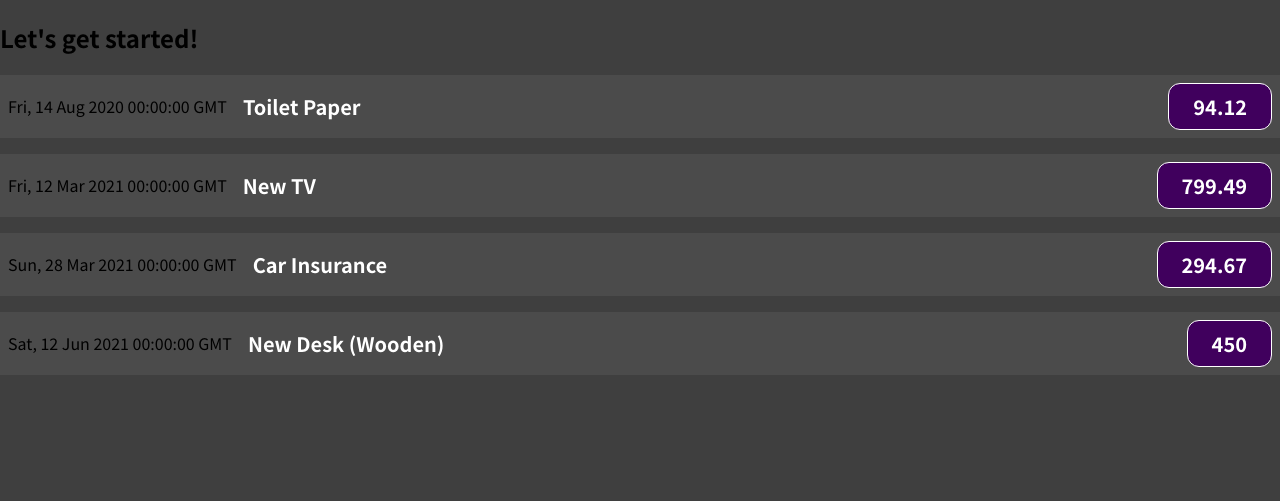
Repository: kowalkos/react-course-first
Page: /
An editor plug-in stored every save of this project. The page is shown before and after the next save, followed by the edit.
The browser window is 1280 px wide. The pictures show the whole page.
The project was rebuilt for these pictures with package versions that can differ from the ones it lists, and the page was loaded fresh each time.

Above is the page before, as saved 2021-11-27 17:10:50.

After the next save:
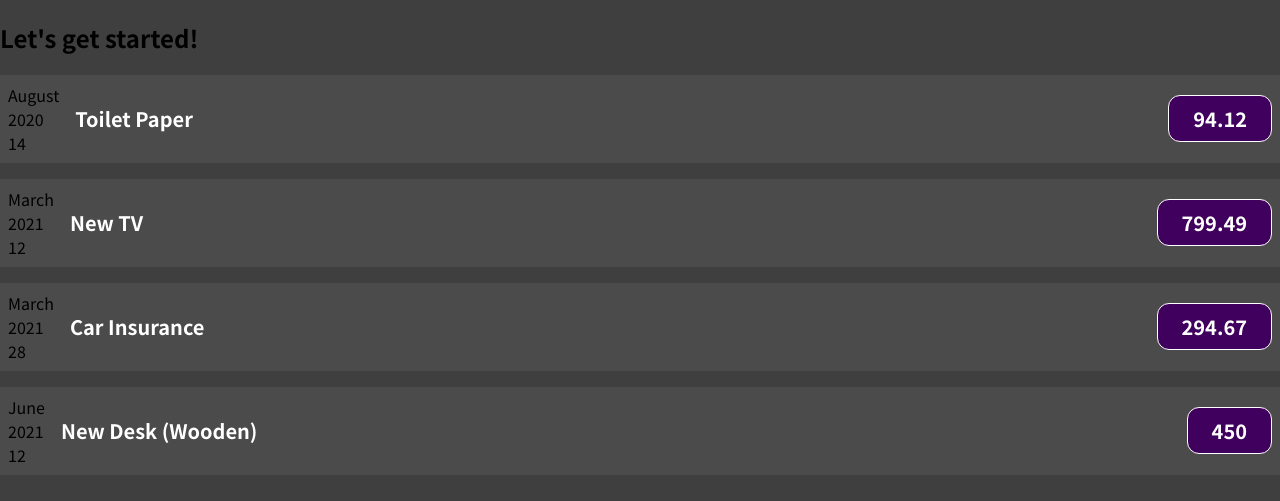
Saved 19 min 36 s later.
--- a/src/components/ExpenseItem.js
+++ b/src/components/ExpenseItem.js
@@ -1,9 +1,14 @@
 import "./ExpenseItem.css";
 function ExpenseItem(props) {
-
+const month=props.date.toLocaleString('en-US',{month: 'long'});
+const day=props.date.toLocaleString('en-US',{day: '2-digit'});
+const year=props.date.getFullYear();
   return (
     <div className="expense-item">
-      <div>{props.date.toUTCString()}</div>
+      <div><div>{month}</div>
+      <div>{year}</div>
+      <div>{day}</div>
+      </div>
       <div className="expense-item__description">
         <h2>{props.title}</h2>
         <div className="expense-item__price">{props.amount}</div>
